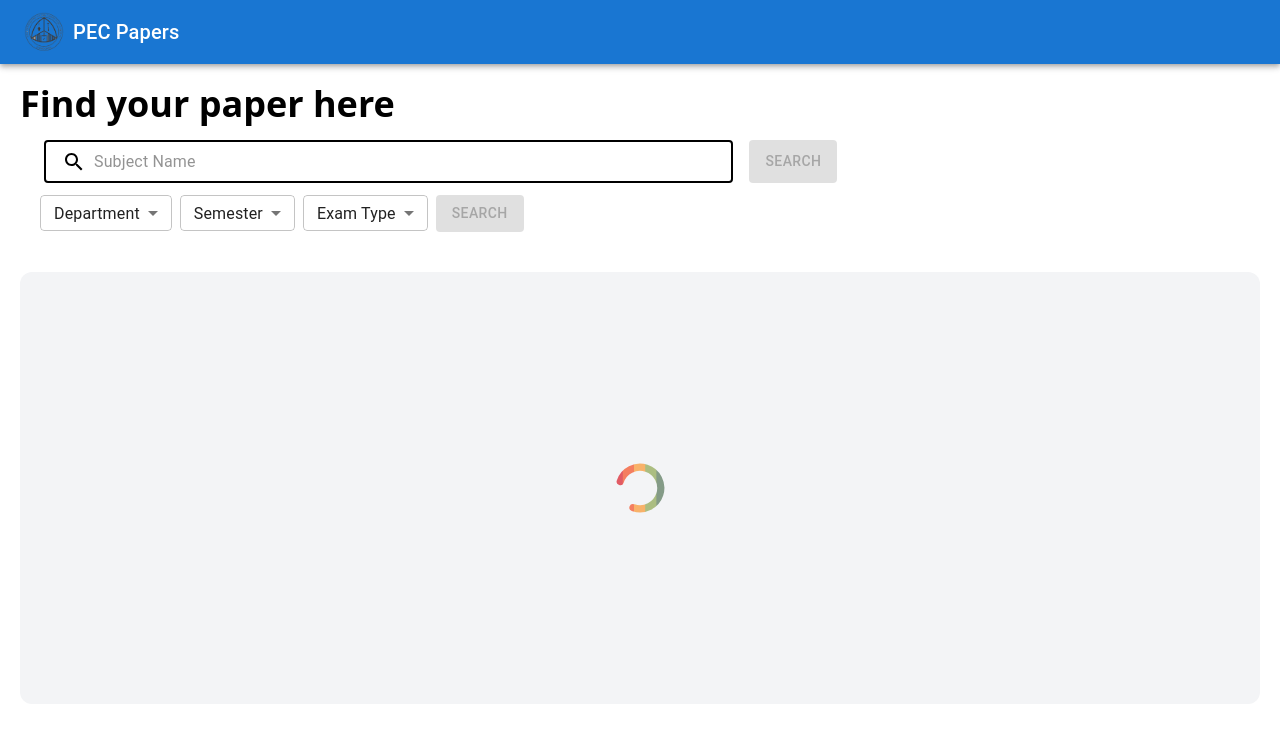
Repository: SUGAM-ARORA/pecpapers
Page: /browse (app in frontend/)
The author's editor kept a copy of each file at every save. The page is drawn from the files as they stood at one save, then again after the next save.
The browser window is 1280 px wide. The pictures show the whole page.
The page's requests for data from a server got no answer. The project was rebuilt for these pictures with package versions that can differ from the ones it lists, and the page was loaded fresh each time. Some packages were replaced by stand-ins written for this rebuild. No one was signed in, and anything a server would have sent is missing. Also part of the build but not shown: frontend/vite.config.js, frontend/src/Components/AnimatedText.jsx, frontend/src/Components/Hero.jsx, frontend/src/Components/Footer.jsx, frontend/src/Components/Login.jsx, frontend/src/Components/PaperDisplay.jsx, frontend/src/Components/ProtectedRoute.jsx.

Above is the page before, as saved 2025-07-11 23:06:15.

After the next save:
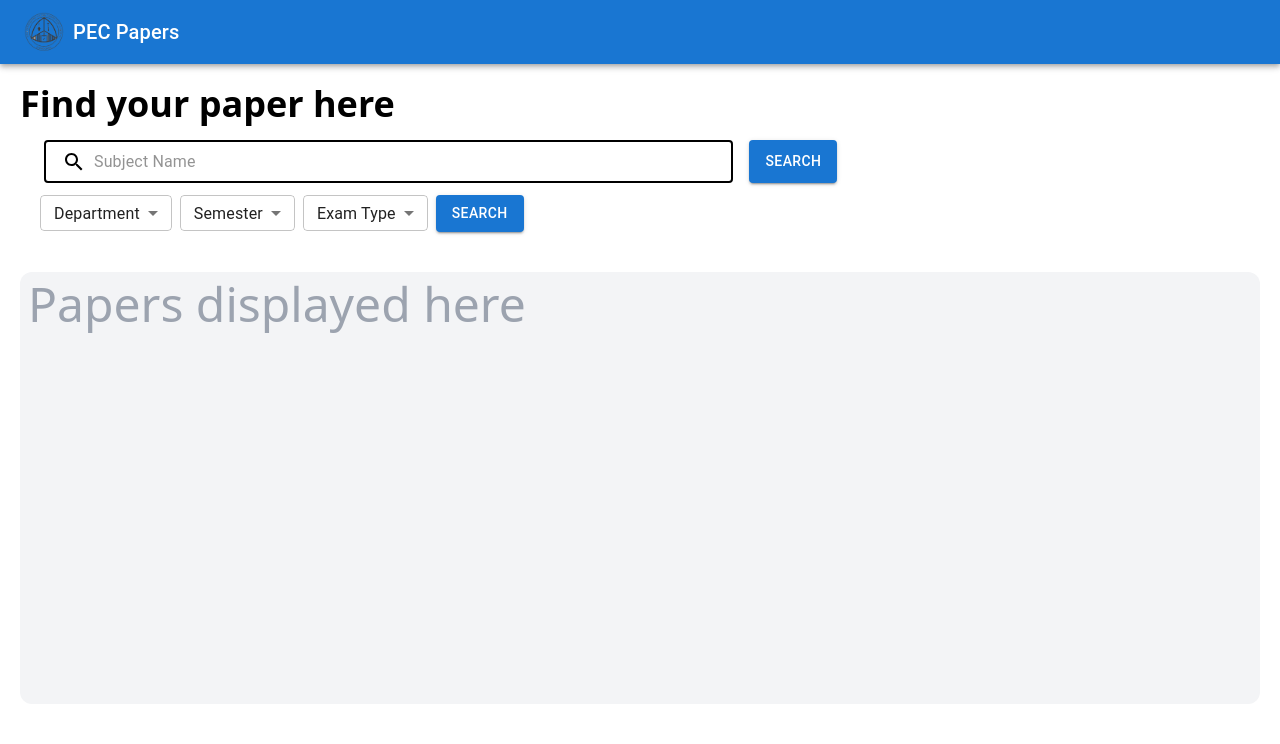
Saved 5 days later.
--- a/frontend/src/Pages/Browse.jsx
+++ b/frontend/src/Pages/Browse.jsx
@@ -93,7 +93,7 @@
       // if(isSignedIn){
       //   getAllPapers()
       // }
-      getAllPapers()
+      // getAllPapers()
       // getConnectionStatus()
     } catch (error) {
       console.log(error)

After the save that followed:
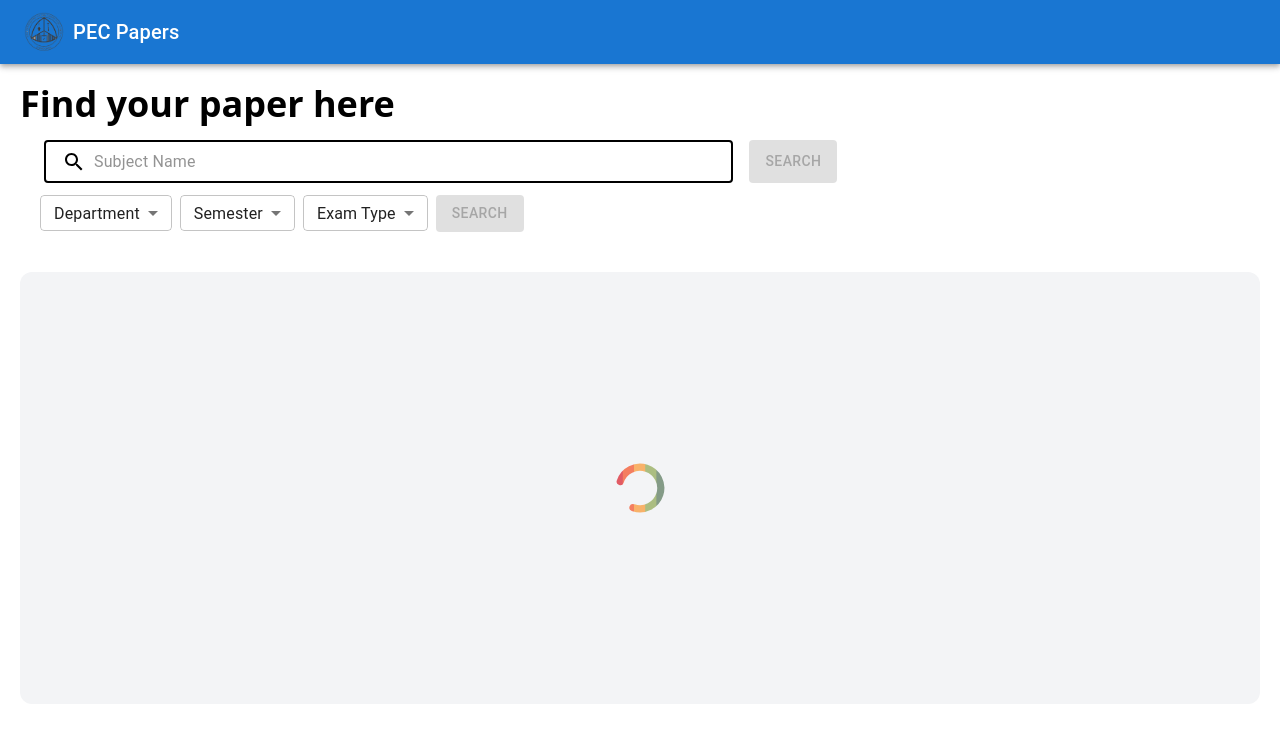
Saved 21 s later.
--- a/frontend/src/Pages/Browse.jsx
+++ b/frontend/src/Pages/Browse.jsx
@@ -94,7 +94,7 @@
       //   getAllPapers()
       // }
       // getAllPapers()
-      // getConnectionStatus()
+      getConnectionStatus()
     } catch (error) {
       console.log(error)
     }
